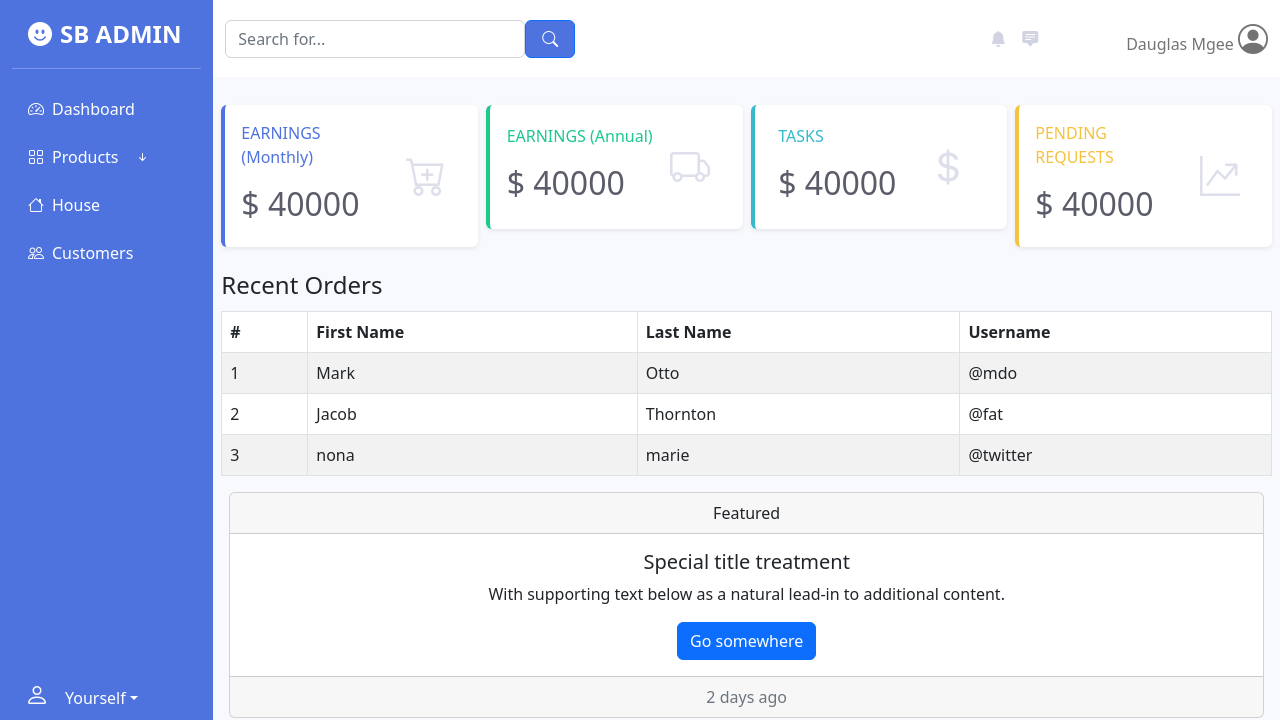
Repository: iqbalaamir/dashboard
Page: /
The author's editor kept a copy of each file at every save. The page is drawn from the files as they stood at one save, then again after the next save.
The browser window is 1280 px wide. The pictures show the whole page.
The project was rebuilt for these pictures with package versions that can differ from the ones it lists, and the page was loaded fresh each time. Also part of the build but not shown: src/App.css.

Above is the page before, as saved 2023-04-24 22:50:37.

After the next save:
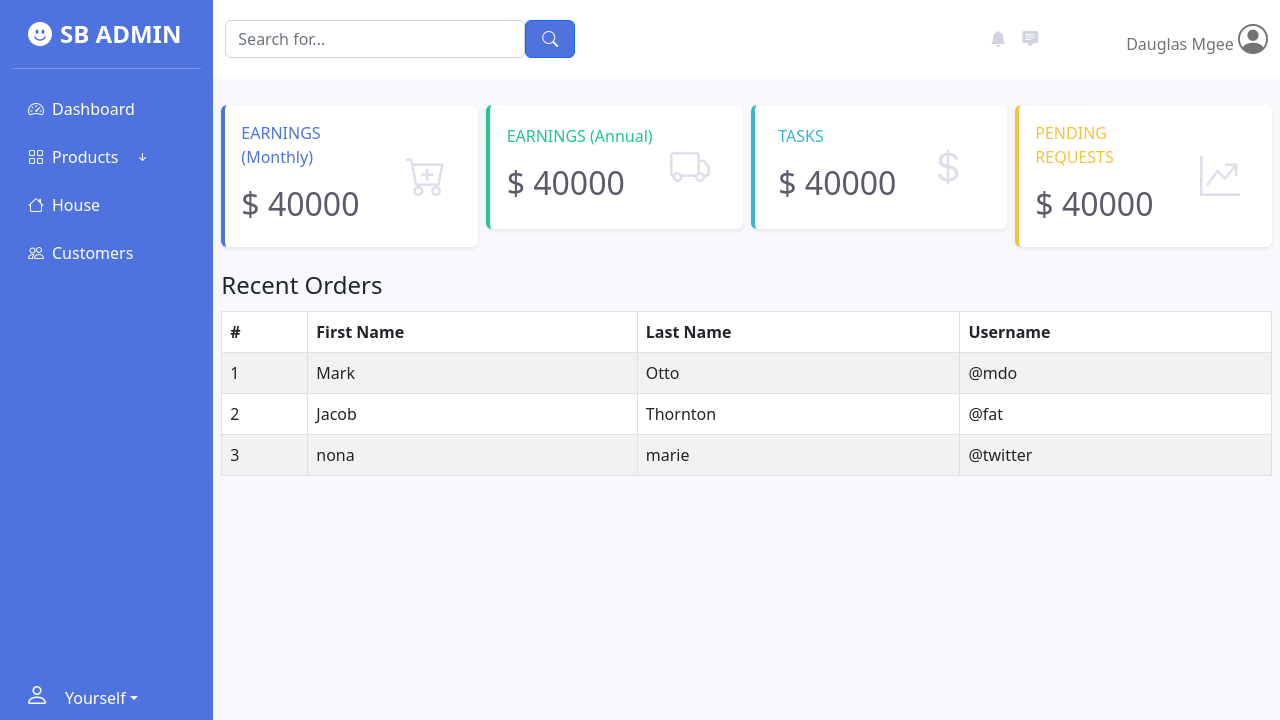
Saved 9 s later.
--- a/src/components/HomeComponent.js
+++ b/src/components/HomeComponent.js
@@ -97,9 +97,7 @@ function Home() {
       </div>
       <div className="px-2">
         <TableComponent />
-        <div className="px-2">
-          <Dashboard/>
-        </div>
+
       </div>
     </div>
   );
